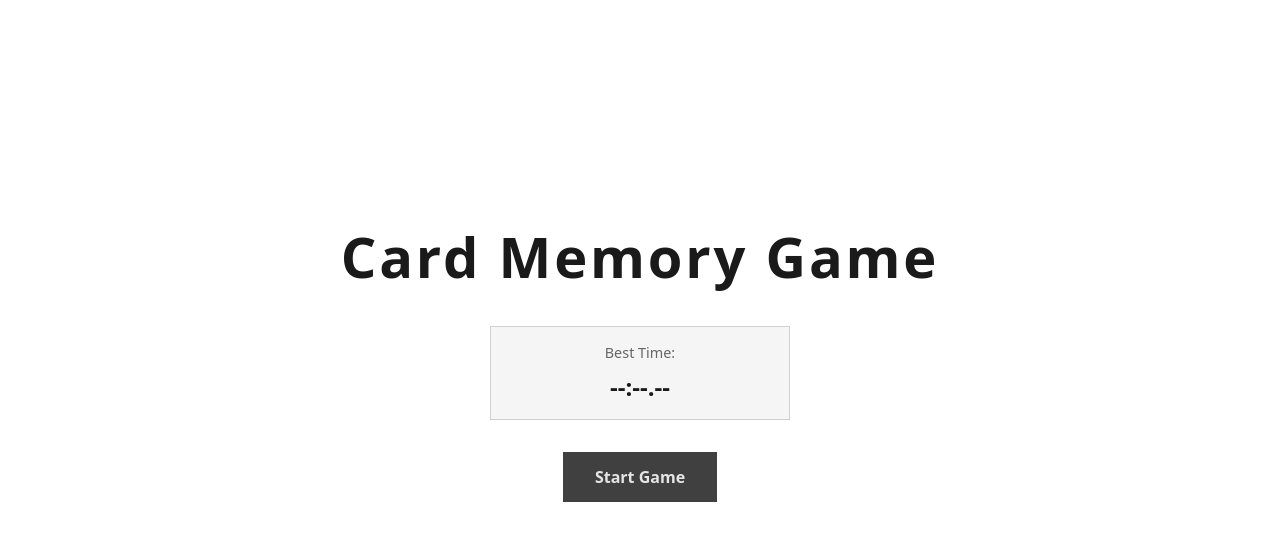
Repository: MMatyskiewicz2004/cat-memory
Page: card-memory-game/index.html
An editor plug-in stored every save of this project. The page is shown before and after the next save, followed by the edit.
The browser window is 1280 px wide. The pictures show the whole page.
Some web libraries are served in a nearby version.

Above is the page before, as saved 2026-03-02 13:56:12.

### card-memory-game/index.html
<!DOCTYPE html>
<html lang="en">
  <head>
    <meta charset="UTF-8" />
    <meta name="viewport" content="width=device-width, initial-scale=1.0" />
    <title>Card Memory Game</title>
    <link rel="stylesheet" href="css/styles.css?v=11" />
  </head>
  <body>
    <div class="app">
      <!-- Menu Screen -->
      <section id="menu-screen" class="screen screen--active">
        <h1 class="game-title">Card Memory Game</h1>
        <div class="record-display">
          <p class="record-label">Best Time:</p>
            <p id="best-time-display" class="record-value">--:--.--</p>
        </div>
        <button id="start-button" class="btn btn--primary">Start Game</button>
      </section>

      <!-- Game Screen -->
      <section id="game-screen" class="screen">
        <div class="game-header">
          <div class="timer-display">
            <span class="timer-label">Time:</span>
            <span id="timer-value" class="timer-value">00:00.00</span>
          </div>
          <button id="menu-button" class="btn btn--ghost">Menu</button>
        </div>
        <div id="game-board" class="game-board"></div>
      </section>

      <!-- Win Screen -->
      <section id="win-screen" class="screen">
        <div class="win-card">
          <h2 class="win-title">YOU WIN!</h2>
          <div class="win-stats">
            <p class="win-time-label">Time:</p>
            <p id="win-time-value" class="win-time-value">00:00.00</p>
          </div>
          <div class="win-buttons">
            <button id="play-again-button" class="btn btn--primary">Play Again</button>
            <button id="menu-button-win" class="btn btn--secondary">Back to Menu</button>
          </div>
        </div>
      </section>
    </div>

    <script src="https://cdnjs.cloudflare.com/ajax/libs/gsap/3.12.5/gsap.min.js"></script>
    <script src="js/main.js?v=10"></script>
  </body>
</html>

### card-memory-game/css/styles.css
/* Reset & Base Styles */
*,
*::before,
*::after {
  box-sizing: border-box;
  margin: 0;
  padding: 0;
}

body {
  font-family: system-ui, -apple-system, BlinkMacSystemFont, "Segoe UI", sans-serif;
  background: #ffffff;
  color: #1a1a1a;
  min-height: 100vh;
  display: flex;
  justify-content: center;
  align-items: center;
  padding: 1rem;
}

.app {
  width: 100%;
  max-width: 1200px;
}

/* Screen Management */
.screen {
  display: none;
}

.screen--active {
  display: block;
}

/* Menu Screen */
#menu-screen {
  text-align: center;
}

.game-title {
  font-size: clamp(2.5rem, 5vw, 3.5rem);
  font-weight: 700;
  margin-bottom: 2rem;
  letter-spacing: 0.05em;
  color: #1a1a1a;
}

.menu-card {
  background: #2a2a2a;
  border-radius: 0;
  padding: 3rem 2rem;
  max-width: 500px;
  margin: 0 auto;
}

.menu-title {
  font-size: 2rem;
  font-weight: 700;
  margin-bottom: 1rem;
}

.menu-text {
  font-size: 1.1rem;
  color: #b0b0b0;
  margin-bottom: 2rem;
}

.record-display {
  background: #f5f5f5;
  border-radius: 0;
  padding: 1rem;
  margin: 0 auto 2rem auto;
  border: 1px solid #d0d0d0;
  max-width: 300px;
}

.record-label {
  font-size: 0.9rem;
  color: #666666;
  margin-bottom: 0.5rem;
}

.record-value {
  font-size: 1.5rem;
  font-weight: 600;
  color: #1a1a1a;
}

/* Game Screen */
#game-screen {
  width: 100%;
}

.game-header {
  display: flex;
  justify-content: space-between;
  align-items: center;
  margin-bottom: 2rem;
  padding: 1rem 1.5rem;
  background: #f5f5f5;
  border-radius: 0;
  border: 1px solid #d0d0d0;
}

.timer-display {
  display: flex;
  align-items: center;
  gap: 0.75rem;
}

.timer-label {
  font-size: 1.1rem;
  color: #666666;
}

.timer-value {
  font-size: 1.5rem;
  font-weight: 600;
  color: #1a1a1a;
  font-variant-numeric: tabular-nums;
}

.game-board {
  display: grid;
  grid-template-columns: repeat(5, 1fr);
  gap: 1rem;
  max-width: 1000px;
  margin: 0 auto;
}

/* Card Styles */
.card {
  aspect-ratio: 2 / 3;
  background: transparent;
  border: none;
  cursor: pointer;
  perspective: 1000px;
  padding: 0;
}

.card:disabled {
  cursor: not-allowed;
  opacity: 0.6;
}

.card-inner {
  position: relative;
  width: 100%;
  height: 100%;
  transform-style: preserve-3d;
  transition: transform 0.35s ease;
}

.card--flipped .card-inner {
  transform: rotateY(180deg);
}

.card-face {
  position: absolute;
  width: 100%;
  height: 100%;
  backface-visibility: hidden;
  border-radius: 0;
  display: flex;
  align-items: center;
  justify-content: center;
  font-size: 3.5rem;
}

.card-face--back {
  background: #404040;
  transform: rotateY(0deg);
}

.card-face--front {
  background: #2a2a2a;
  transform: rotateY(180deg);
  border: 2px solid #606060;
}

.card--matched .card-face--front {
  background: #1a1a1a;
  border-color: #808080;
  opacity: 0.6;
}

/* Buttons */
.btn {
  padding: 0.875rem 2rem;
  font-size: 1rem;
  font-weight: 600;
  border: none;
  border-radius: 0;
  cursor: pointer;
  transition: all 0.2s ease;
  font-family: inherit;
}

.btn--primary {
  background: #404040;
  color: #e5e5e5;
  display: block;
  margin: 0 auto;
}

.btn--primary:hover {
  background: #505050;
  transform: translateY(-2px);
}

.btn--primary:active {
  transform: translateY(0);
  background: #353535;
}

.btn--secondary {
  background: #2a2a2a;
  color: #e5e5e5;
  border: 1px solid #606060;
}

.btn--secondary:hover {
  background: #353535;
  transform: translateY(-2px);
}

.btn--ghost {
  background: transparent;
  color: #b0b0b0;
  border: 1px solid #606060;
}

.btn--ghost:hover {
  background: #2a2a2a;
  color: #e5e5e5;
}

/* Win Screen */
#win-screen {
  text-align: center;
}

.win-card {
  background: #2a2a2a;
  border-radius: 0;
  padding: 3rem 2rem;
  max-width: 500px;
  margin: 0 auto;
}

.win-title {
  font-size: 3rem;
  font-weight: 700;
  margin-bottom: 2rem;
  color: #e5e5e5;
}

.win-stats {
  margin-bottom: 2rem;
}

.win-time-label {
  font-size: 1.1rem;
  color: #b0b0b0;
  margin-bottom: 0.5rem;
}

.win-time-value {
  font-size: 2rem;
  font-weight: 600;
  color: #e5e5e5;
  font-variant-numeric: tabular-nums;
}

.win-buttons {
  display: flex;
  flex-direction: column;
  gap: 1rem;
}

/* Responsive */
@media (max-width: 768px) {
  .game-board {
    gap: 0.75rem;
    max-width: 100%;
    padding: 0 1rem;
  }

  .card-face {
    font-size: 2.5rem;
  }

  .game-header {
    flex-direction: column;
    gap: 1rem;
  }

  .win-buttons {
    flex-direction: column;
  }
}

### card-memory-game/js/main.js
// Card Memory Game - Complete Implementation

// Game Configuration
const BOARD_COLS = 5; // 5 columns (horizontal)
const BOARD_ROWS = 3; // 3 rows (vertical)
const TOTAL_CARDS = BOARD_COLS * BOARD_ROWS; // 15 cards
const TOTAL_PAIRS = Math.floor(TOTAL_CARDS / 2); // 7 pairs (14 cards, 1 extra)

// Card symbols (emoji placeholders - easy to replace with images later)
const CARD_SYMBOLS = [
  "🐱", "🐶", "🐼", "🦊", "🐸", "🐰",
  "🐻", "🐨", "🐯", "🐷", "🐵", "🐔",
  "🐙", "🦄", "🐝", "🦋", "🐞", "🐢"
];

// DOM Elements
const menuScreen = document.getElementById("menu-screen");
const gameScreen = document.getElementById("game-screen");
const winScreen = document.getElementById("win-screen");
const startButton = document.getElementById("start-button");
const menuButton = document.getElementById("menu-button");
const menuButtonWin = document.getElementById("menu-button-win");
const playAgainButton = document.getElementById("play-again-button");
const gameBoard = document.getElementById("game-board");
const timerValue = document.getElementById("timer-value");
const bestTimeDisplay = document.getElementById("best-time-display");
const winTimeValue = document.getElementById("win-time-value");

// Game State
let deck = [];
let firstCard = null;
let secondCard = null;
let isChecking = false;
let matchedPairs = 0;
let timerInterval = null;
let startTime = null;
let currentTime = 0;

// Initialize
function init() {
  // Check if all elements exist
  if (!startButton || !menuButton || !menuButtonWin || !playAgainButton) {
    console.error("Error: Could not find required DOM elements");
    return;
  }

  // Check if GSAP is loaded
  if (typeof gsap === "undefined") {
    console.error("Error: GSAP library not loaded");
    return;
  }

  loadBestTime();
  startButton.addEventListener("click", startGame);
  menuButton.addEventListener("click", goToMenu);
  menuButtonWin.addEventListener("click", goToMenu);
  playAgainButton.addEventListener("click", startGame);

  console.log("Game initialized successfully");
}

// Wait for DOM and GSAP to be ready
if (document.readyState === "loading") {
  document.addEventListener("DOMContentLoaded", init);
} else {
  // DOM already loaded, but wait a tick for GSAP
  setTimeout(init, 100);
}

// Screen Management
function showScreen(screen) {
  menuScreen.classList.remove("screen--active");
  gameScreen.classList.remove("screen--active");
  winScreen.classList.remove("screen--active");

  if (screen === "menu") {
    menuScreen.classList.add("screen--active");
  } else if (screen === "game") {
    gameScreen.classList.add("screen--active");
  } else if (screen === "win") {
    winScreen.classList.add("screen--active");
  }
}

// Timer Functions
function startTimer() {
  startTime = Date.now();
  currentTime = 0;
  updateTimerDisplay(0);

  timerInterval = setInterval(() => {
    currentTime = Date.now() - startTime;
    updateTimerDisplay(currentTime);
  }, 10);
}

function stopTimer() {
  if (timerInterval) {
    clearInterval(timerInterval);
    timerInterval = null;
  }
}

function updateTimerDisplay(milliseconds) {
  const totalSeconds = Math.floor(milliseconds / 1000);
  const mins = Math.floor(totalSeconds / 60);
  const secs = totalSeconds % 60;
  const ms = Math.floor((milliseconds % 1000) / 10);
  timerValue.textContent = `${String(mins).padStart(2, "0")}:${String(secs).padStart(2, "0")}.${String(ms).padStart(2, "0")}`;
}

function formatTime(milliseconds) {
  const totalSeconds = Math.floor(milliseconds / 1000);
  const mins = Math.floor(totalSeconds / 60);
  const secs = totalSeconds % 60;
  const ms = Math.floor((milliseconds % 1000) / 10);
  return `${String(mins).padStart(2, "0")}:${String(secs).padStart(2, "0")}.${String(ms).padStart(2, "0")}`;
}

// LocalStorage Functions
function loadBestTime() {
  const bestTime = localStorage.getItem("memoryGameBestTime");
  if (bestTime) {
    bestTimeDisplay.textContent = formatTime(parseInt(bestTime));
  } else {
    bestTimeDisplay.textContent = "--:--.--";
  }
}

function saveBestTime(milliseconds) {
  const currentBest = localStorage.getItem("memoryGameBestTime");
  if (!currentBest || milliseconds < parseInt(currentBest)) {
    localStorage.setItem("memoryGameBestTime", milliseconds.toString());
    loadBestTime();
  }
}

// Card Creation
function createShuffledDeck() {
  const symbols = CARD_SYMBOLS.slice(0, TOTAL_PAIRS);
  const deck = [];

  // Create pairs
  symbols.forEach((symbol, index) => {
    deck.push({ id: `${index}-a`, symbol, matched: false });
    deck.push({ id: `${index}-b`, symbol, matched: false });
  });

  // Add one extra card to make 15 total (duplicate of first symbol)
  if (TOTAL_CARDS % 2 !== 0 && symbols.length > 0) {
    deck.push({ id: `${TOTAL_PAIRS}-extra`, symbol: symbols[0], matched: false });
  }

  // Fisher-Yates shuffle
  for (let i = deck.length - 1; i > 0; i--) {
    const j = Math.floor(Math.random() * (i + 1));
    [deck[i], deck[j]] = [deck[j], deck[i]];
  }

  return deck;
}

function createCardElement(cardData) {
  const card = document.createElement("button");
  card.className = "card";
  card.type = "button";
  card.dataset.cardId = cardData.id;
  card.dataset.symbol = cardData.symbol;

  const inner = document.createElement("div");
  inner.className = "card-inner";

  const backFace = document.createElement("div");
  backFace.className = "card-face card-face--back";
  backFace.textContent = "❔";

  const frontFace = document.createElement("div");
  frontFace.className = "card-face card-face--front";
  frontFace.textContent = cardData.symbol;

  inner.appendChild(backFace);
  inner.appendChild(frontFace);
  card.appendChild(inner);

  card.addEventListener("click", () => handleCardClick(card));

  return card;
}

// Card Flip Animation (GSAP)
function flipCard(cardElement, isFlipped) {
  const inner = cardElement.querySelector(".card-inner");
  if (!inner) return;

  gsap.killTweensOf(inner);

  gsap.to(inner, {
    rotationY: isFlipped ? 180 : 0,
    duration: 0.15,
    ease: "power2.out",
    onStart: () => {
      if (isFlipped) {
        cardElement.classList.add("card--flipped");
      } else {
        cardElement.classList.remove("card--flipped");
      }
    }
  });
}

// Game Logic
function buildBoard() {
  gameBoard.innerHTML = "";
  deck = createShuffledDeck();
  matchedPairs = 0;
  firstCard = null;
  secondCard = null;
  isChecking = false;

  console.log(`Building board: ${deck.length} cards (${BOARD_COLS}x${BOARD_ROWS})`);

  deck.forEach((cardData) => {
    const cardElement = createCardElement(cardData);
    gameBoard.appendChild(cardElement);
  });
}

function handleCardClick(cardElement) {
  // Prevent clicks during checking or if card is already matched/flipped
  if (isChecking) return;
  if (cardElement.classList.contains("card--matched")) return;
  if (cardElement.classList.contains("card--flipped")) return;
  if (cardElement === firstCard) return;

  // Flip the card
  flipCard(cardElement, true);

  // First card selection
  if (!firstCard) {
    firstCard = cardElement;
    return;
  }

  // Second card selection
  secondCard = cardElement;
  isChecking = true;

  // Check for match
  const firstSymbol = firstCard.dataset.symbol;
  const secondSymbol = secondCard.dataset.symbol;

  if (firstSymbol === secondSymbol) {
    // Match found
    setTimeout(() => {
      firstCard.classList.add("card--matched");
      secondCard.classList.add("card--matched");
      matchedPairs++;

      // Animate match
      gsap.to([firstCard, secondCard], {
        scale: 1.1,
        duration: 0.2,
        yoyo: true,
        repeat: 1,
        ease: "power2.out"
      });

      resetSelection();
      checkForWin();
    }, 500);
  } else {
    // No match - flip back
    setTimeout(() => {
      flipCard(firstCard, false);
      flipCard(secondCard, false);
      resetSelection();
    }, 500);
  }
}

function resetSelection() {
  firstCard = null;
  secondCard = null;
  isChecking = false;
}

function checkForWin() {
  if (matchedPairs === TOTAL_PAIRS) {
    stopTimer();
    const finalTime = currentTime;
    saveBestTime(finalTime);
    winTimeValue.textContent = formatTime(finalTime);

    setTimeout(() => {
      showScreen("win");
    }, 500);
  }
}

// Game Control
function startGame() {
  showScreen("game");
  buildBoard();
  startTimer();
}

function goToMenu() {
  stopTimer();
  showScreen("menu");
  loadBestTime();
}

After the next save:
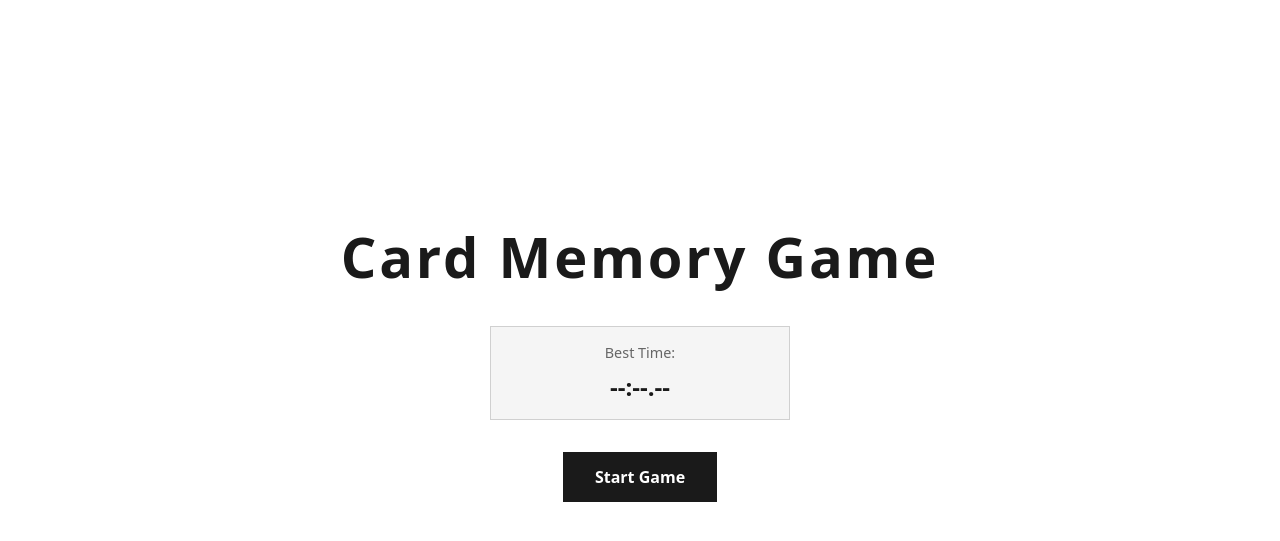
Saved 5 s later.
--- a/card-memory-game/css/styles.css
+++ b/card-memory-game/css/styles.css
@@ -197,42 +197,42 @@ body {
 }
 
 .btn--primary {
-  background: #404040;
-  color: #e5e5e5;
+  background: #1a1a1a;
+  color: #ffffff;
   display: block;
   margin: 0 auto;
 }
 
 .btn--primary:hover {
-  background: #505050;
+  background: #333333;
   transform: translateY(-2px);
 }
 
 .btn--primary:active {
   transform: translateY(0);
-  background: #353535;
+  background: #000000;
 }
 
 .btn--secondary {
-  background: #2a2a2a;
-  color: #e5e5e5;
-  border: 1px solid #606060;
+  background: #f5f5f5;
+  color: #1a1a1a;
+  border: 1px solid #d0d0d0;
 }
 
 .btn--secondary:hover {
-  background: #353535;
+  background: #e5e5e5;
   transform: translateY(-2px);
 }
 
 .btn--ghost {
   background: transparent;
-  color: #b0b0b0;
-  border: 1px solid #606060;
+  color: #666666;
+  border: 1px solid #d0d0d0;
 }
 
 .btn--ghost:hover {
-  background: #2a2a2a;
-  color: #e5e5e5;
+  background: #f5f5f5;
+  color: #1a1a1a;
 }
 
 /* Win Screen */
